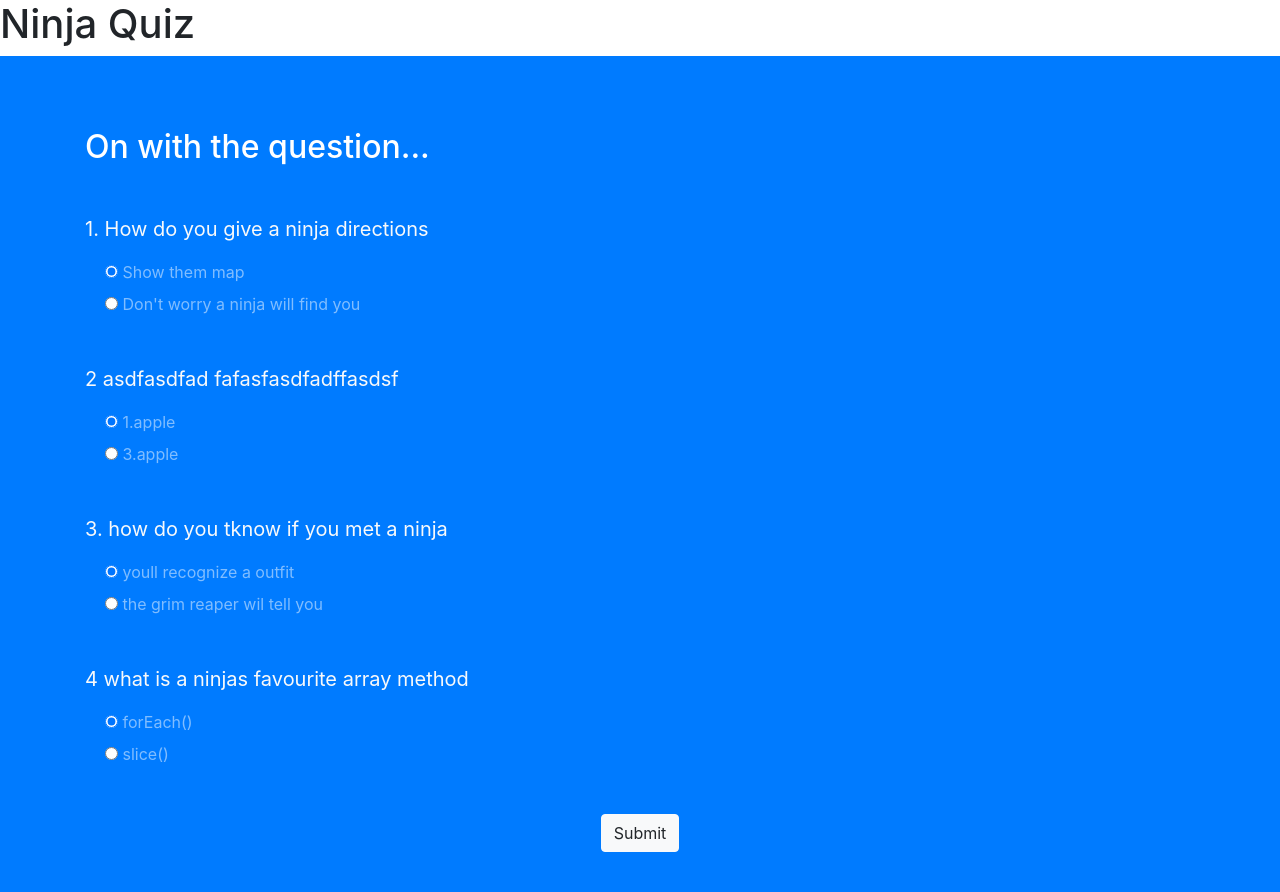
Repository: ajgors/config
Page: Nauka Js/Projekty/Quiz/index.html
The author's editor kept a copy of each file at every save. The page is drawn from the files as they stood at one save, then again after the next save.
The browser window is 1280 px wide. The pictures show the whole page.

Above is the page before, as saved 2019-08-11 18:07:54.

After the next save:
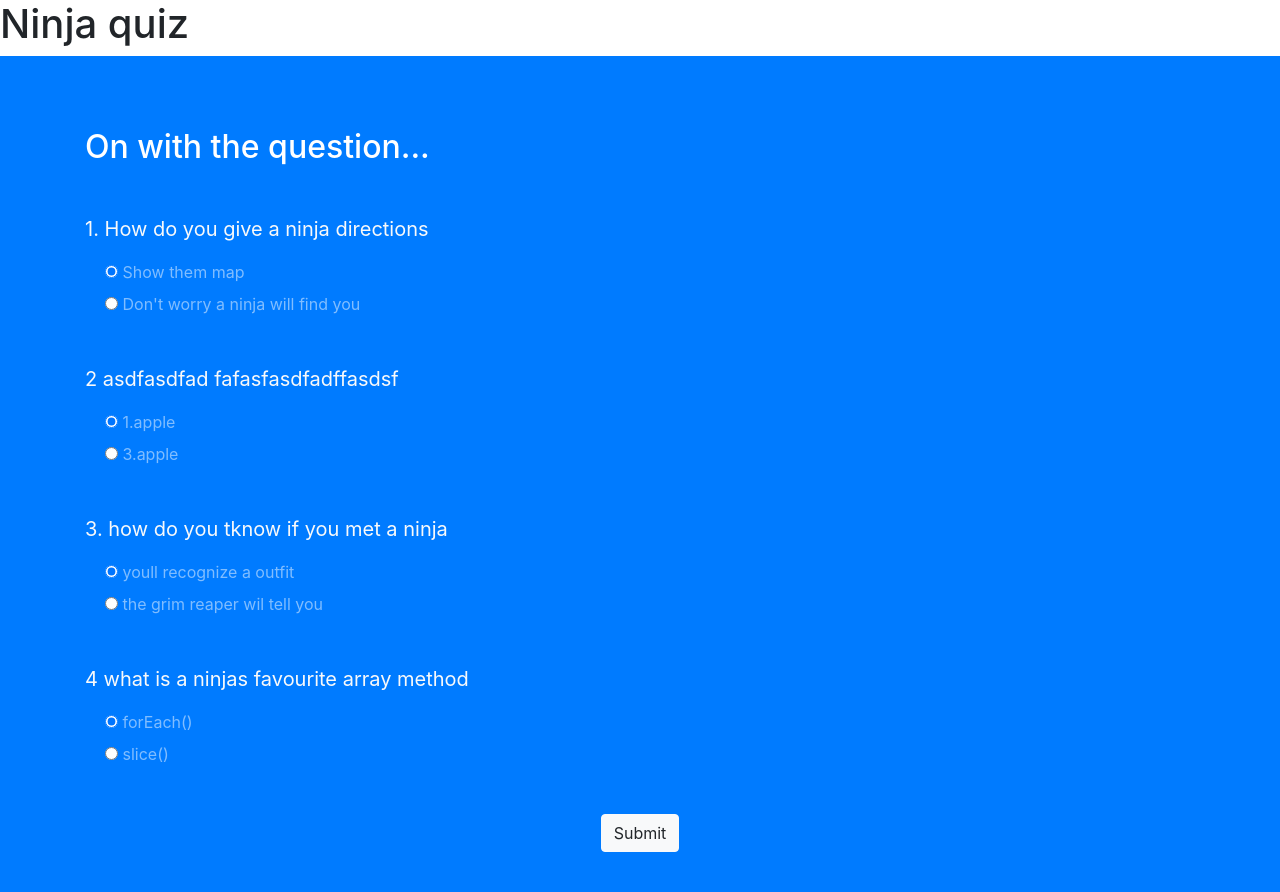
Saved 26 s later.
--- a/Nauka Js/Projekty/Quiz/index.html
+++ b/Nauka Js/Projekty/Quiz/index.html
@@ -18,7 +18,9 @@
         </div>
     </div> -->
 
-    <h1>Ninja Quiz</h1>
+    <div class="header">
+        <h1 class="header__title">Ninja quiz</h1>
+    </div>
 
     <!-- Result -->
     <div class="result py-4 d-none bg-light text-center">
